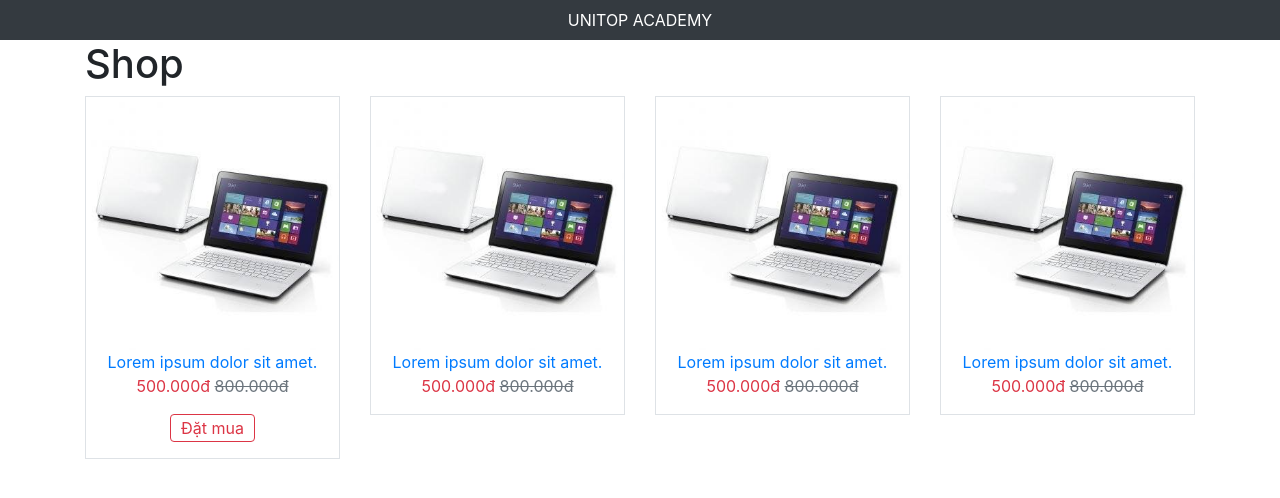
Repository: anhtu2110/front_end
Page: lesson/bootstrap/box/4.13.ex-box.html
The author's editor kept a copy of each file at every save. The page is drawn from the files as they stood at one save, then again after the next save.
The browser window is 1280 px wide. The pictures show the whole page.

Above is the page before, as saved 2022-12-02 15:35:52.

### lesson/bootstrap/box/4.13.ex-box.html
<!DOCTYPE html>
<html lang="en">
  <head>
    <meta charset="UTF-8" />
    <meta http-equiv="X-UA-Compatible" content="IE=edge" />
    <meta name="viewport" content="width=device-width, initial-scale=1.0" />
    <link rel="stylesheet" href="./bootstrap/css/bootstrap.min.css" />
    <title>Hiển thị danh sách bài viết dạng lưới</title>
  </head>
  <body>
    <style>
      span.old_price {
        text-decoration: line-through;
      }
      button.ordered:hover {
        background: #dc3545 !important;
      }
      button.ordered:hover > a {
        color: white !important;
      }
    </style>
    <div id="wrapper">
      <div id="header" class="bg-dark">
        <div class="container">
          <div class="row">
            <div class="col-md-12 py-2 text-white text-center">
              UNITOP ACADEMY
            </div>
          </div>
        </div>
      </div>
      <!-- END HEADER  -->
      <div id="content">
        <div class="container">
          <div class="row">
            <div class="col-md-12">
              <h1>Shop</h1>
              <ul class="list_product list-unstyled">
                <div class="row">
                  <div class="col-md-3">
                    <li class="product_item text-center border">
                      <a href="">
                        <img
                          class="img-fluid"
                          src="./images/product-1.jpg"
                          alt=""
                        />
                      </a>
                      <a href="">Lorem ipsum dolor sit amet.</a>
                      <p class="price text-danger">
                        500.000đ
                        <span class="old_price text-secondary text-decoratin"
                          >800.000đ</span
                        >
                      </p>
                      <button
                        class="ordered bg-white border-danger border rounded mb-3"
                      >
                        <a
                          href=""
                          class="px-1 py-2 text-decoration-none text-danger"
                          >Đặt mua</a
                        >
                      </button>
                    </li>
                  </div>
                  <div class="col-md-3">
                    <li class="product_item text-center border">
                      <a href="">
                        <img
                          class="img-fluid"
                          src="./images/product-1.jpg"
                          alt=""
                        />
                      </a>
                      <a href="">Lorem ipsum dolor sit amet.</a>
                      <p class="price text-danger">
                        500.000đ
                        <span class="old_price text-secondary text-decoratin"
                          >800.000đ</span
                        >
                      </p>
                    </li>
                  </div>
                  <div class="col-md-3">
                    <li class="product_item text-center border">
                      <a href="">
                        <img
                          class="img-fluid"
                          src="./images/product-1.jpg"
                          alt=""
                        />
                      </a>
                      <a href="">Lorem ipsum dolor sit amet.</a>
                      <p class="price text-danger">
                        500.000đ
                        <span class="old_price text-secondary text-decoratin"
                          >800.000đ</span
                        >
                      </p>
                    </li>
                  </div>
                  <div class="col-md-3">
                    <li class="product_item text-center border">
                      <a href="">
                        <img
                          class="img-fluid"
                          src="./images/product-1.jpg"
                          alt=""
                        />
                      </a>
                      <a href="">Lorem ipsum dolor sit amet.</a>
                      <p class="price text-danger">
                        500.000đ
                        <span class="old_price text-secondary text-decoratin"
                          >800.000đ</span
                        >
                      </p>
                    </li>
                  </div>
                </div>
              </ul>
            </div>
          </div>
        </div>
      </div>
      <!-- END CONTENT  -->
    </div>
    <script src="js/jquery-3.6.1.min.js"></script>
    <script src="js/popper.min.js"></script>
    <script src="./bootstrap/js/bootstrap.min.js"></script>
  </body>
</html>

Loaded but not shown: lesson/bootstrap/box/bootstrap/css/bootstrap.min.css (library); lesson/bootstrap/box/js/jquery-3.6.1.min.js (library); lesson/bootstrap/box/js/popper.min.js (library); lesson/bootstrap/box/bootstrap/js/bootstrap.min.js (library)

After the next save:
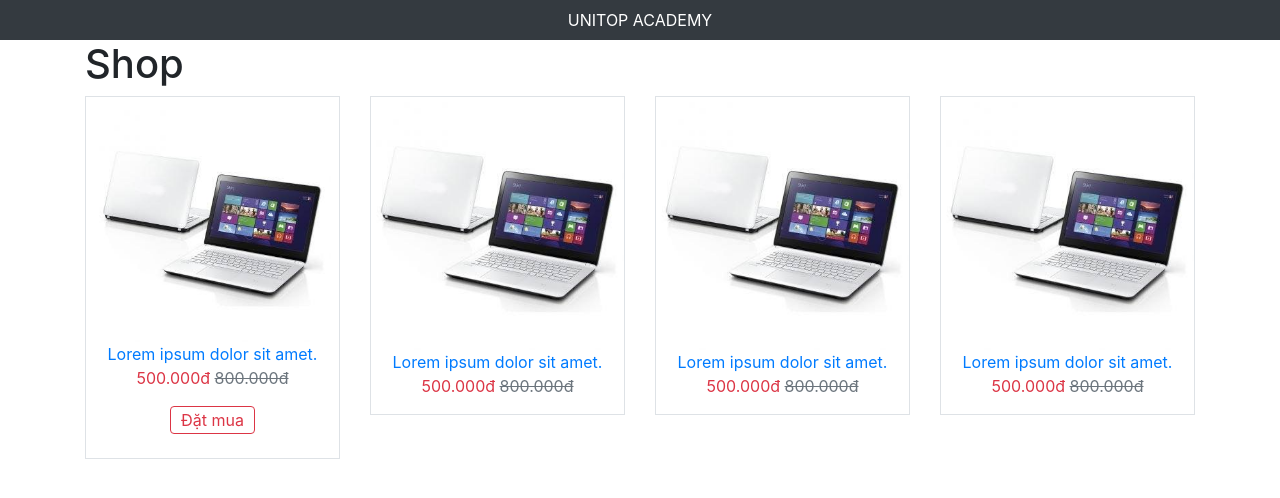
Saved 21 s later.
--- a/lesson/bootstrap/box/4.13.ex-box.html
+++ b/lesson/bootstrap/box/4.13.ex-box.html
@@ -38,7 +38,7 @@
               <ul class="list_product list-unstyled">
                 <div class="row">
                   <div class="col-md-3">
-                    <li class="product_item text-center border">
+                    <li class="product_item text-center border p-2">
                       <a href="">
                         <img
                           class="img-fluid"
